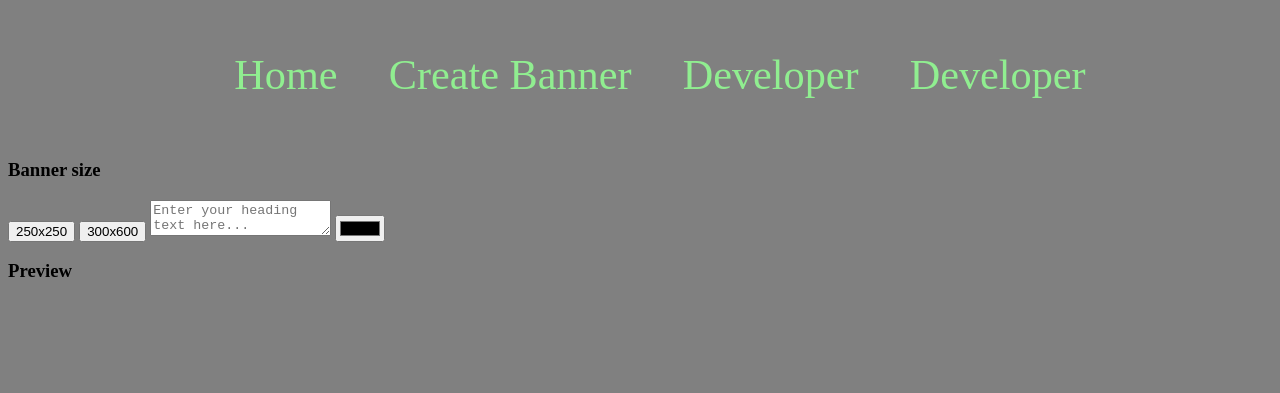
Repository: Yuravolontir/--Baner-Editor--
Page: banner.html
The author's editor kept a copy of each file at every save. The page is drawn from the files as they stood at one save, then again after the next save.
The browser window is 1280 px wide. The pictures show the whole page.

Above is the page before, as saved 2025-07-15 18:20:50.

After the next save:
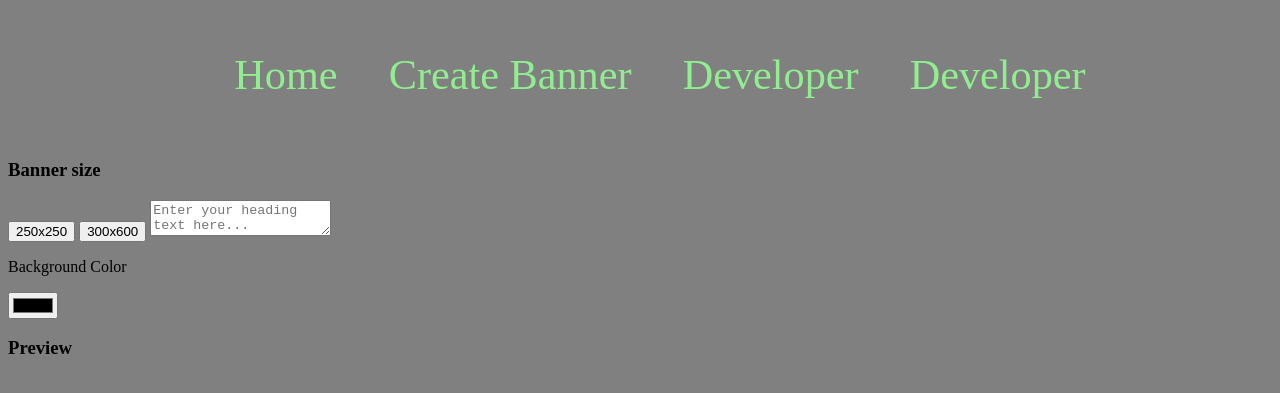
Saved 71 s later.
--- a/banner.html
+++ b/banner.html
@@ -23,6 +23,7 @@
 <button id="250X250">250x250</button>
 <button id="300X600">300x600</button>
 <textarea id="bannerHeading" placeholder="Enter your heading text here..."></textarea>
+<p>Background Color</p>
 <input type="color" name="favColor">
 
 
